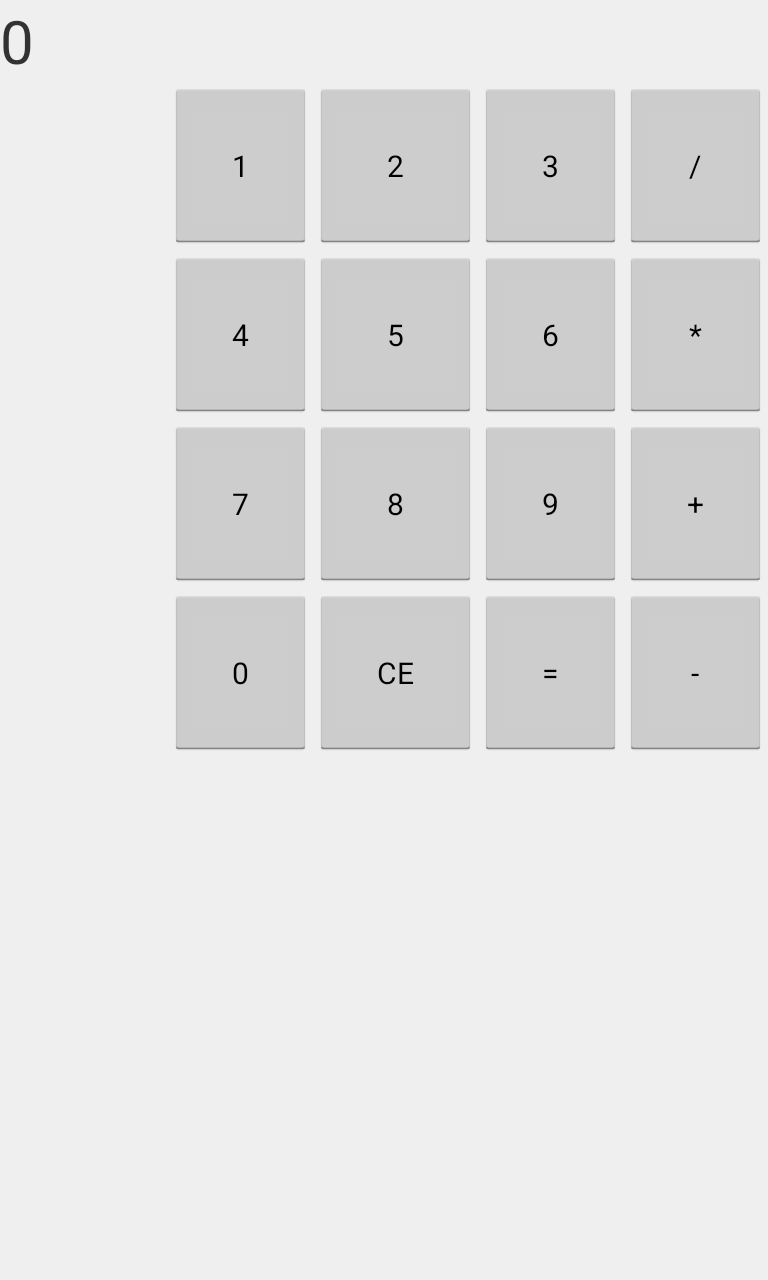
Repository: yrosascu/CursoAndroid
Layout: CalculadoraAndroid/res/layout/activity_calculator_main.xml
These files come from the project's save history. The layout is drawn as it stood at one moment and after the next save; the edit follows.
It is drawn on a 768 x 1280 px phone screen (xhdpi) without system bars, with theme AppTheme; the app's code is not run.

Above is the layout before, as saved 2013-05-17 06:02:27.

### CalculadoraAndroid/res/layout/activity_calculator_main.xml
<LinearLayout xmlns:android="http://schemas.android.com/apk/res/android"
    android:orientation="vertical"
	android:layout_width="fill_parent"
	android:layout_height="fill_parent"
	android:background="#1111"
	>
	<TextView
	    android:id="@+id/Resultado"
		android:textSize="30sp"
		android:layout_width="fill_parent"
		android:layout_height="wrap_content"
		android:text="0"
	/>

	<TableLayout
		android:layout_width="fill_parent"
		android:layout_height="fill_parent"
		android:stretchColumns="1"
	>

	<TableRow>
	    <Button
	        android:layout_column="4"
			android:id="@+id/Boton1"
			android:layout_width="wrap_content"
			android:layout_height="wrap_content"
			android:text="1"
			android:textSize="15dp"
			android:padding="32dp"
		>

		</Button>
		<Button
			android:layout_column="3"
			android:id="@+id/Boton2"
			android:layout_width="wrap_content"
			android:layout_height="wrap_content"
			android:text="2"
			android:textSize="15dp"
			android:padding="32dp"
		> </Button>
		<Button
			android:layout_column="2"
			android:id="@+id/Boton3"
			android:layout_width="wrap_content"
			android:layout_height="wrap_content"
			android:text="3"
			android:textSize="15dp"
			android:padding="32dp"

		> </Button>
		<Button
			android:layout_column="1"
			android:id="@+id/Botondiv"
			android:layout_width="wrap_content"
			android:layout_height="wrap_content"
			android:text="/"
			android:textSize="15dp"
			android:padding="32dp"
		>
		</Button>

	</TableRow>
		<TableRow>
			<Button
				android:layout_column="4"
				android:id="@+id/Boton4"
				android:layout_width="wrap_content"
				android:layout_height="wrap_content"
				android:text="4"
				android:textSize="15dp"
				android:padding="32dp"
				>
			</Button>
			<Button
				android:layout_column="3"
				android:id="@+id/Boton5"
				android:layout_width="wrap_content"
				android:layout_height="wrap_content"
				android:text="5"
				android:textSize="15dp"
				android:padding="32dp"

			>

			</Button>
			<Button
				android:layout_column="2"
				android:id="@+id/Boton6"
				android:layout_width="wrap_content"
				android:layout_height="wrap_content"
				android:text="6"
				android:textSize="15dp"
				android:padding="32dp"

			>

			</Button>
			<Button
				android:layout_column="1"
				android:id="@+id/Botonmulti"
				android:layout_width="wrap_content"
				android:layout_height="wrap_content"
				android:text="*"
				android:textSize="15dp"
				android:padding="32dp"

			>

			</Button>
	</TableRow>
		<TableRow>
			<Button
				android:layout_column="4"
				android:id="@+id/Boton7"
				android:layout_width="wrap_content"
				android:layout_height="wrap_content"
				android:text="7"

				android:textSize="15dp"
				android:padding="32dp"
			>

			</Button>

			<Button
				android:layout_column="3"
				android:id="@+id/Boton8"
				android:layout_width="wrap_content"
				android:layout_height="wrap_content"
				android:text="8"
				android:textSize="15dp"
				android:padding="32dp"

			>

			</Button>

			<Button
				android:layout_column="2"
				android:id="@+id/Boton9"
				android:layout_width="wrap_content"
				android:layout_height="wrap_content"
				android:text="9"
				android:textSize="15dp"
				android:padding="32dp"

			>

			</Button>
			<Button
				android:layout_column="1"
				android:id="@+id/Botonsuma"
				android:layout_width="wrap_content"
				android:layout_height="wrap_content"
				android:text="+"
				android:textSize="15dp"
				android:padding="32dp"
			>

			</Button>
	</TableRow>
		<TableRow>
			<Button
				android:layout_column="4"
				android:id="@+id/Boton0"
				android:layout_width="wrap_content"
				android:layout_height="wrap_content"
				android:text="0"
				android:textSize="15dp"
				android:padding="32dp"
			>

			</Button>

			<Button
			    android:layout_column="3"
			    android:id="@+id/CE"
			    android:layout_width="wrap_content"
			    android:layout_height="wrap_content"
			    android:padding="32dp"
			    android:text="CE"
			    android:textSize="15dp" />

			<Button
			    android:layout_column="2"
			    android:id="@+id/Botonigual"
			    android:layout_width="wrap_content"
			    android:layout_height="wrap_content"
			    android:padding="32dp"
			    android:text="="
			    android:textSize="15dp" />

			<Button
			    android:layout_column="1"
			    android:id="@+id/Botonresta"
			    android:layout_width="wrap_content"
			    android:layout_height="wrap_content"
			    android:padding="32dp"
			    android:text="-"
			    android:textSize="15dp" />

	</TableRow>
</TableLayout>


</LinearLayout>

Loaded but not shown: CalculadoraAndroid/res/values/styles.xml (common file); CalculadoraAndroid/res/values-v11/styles.xml (common file); CalculadoraAndroid/res/values-v14/styles.xml (common file)

After the next save:
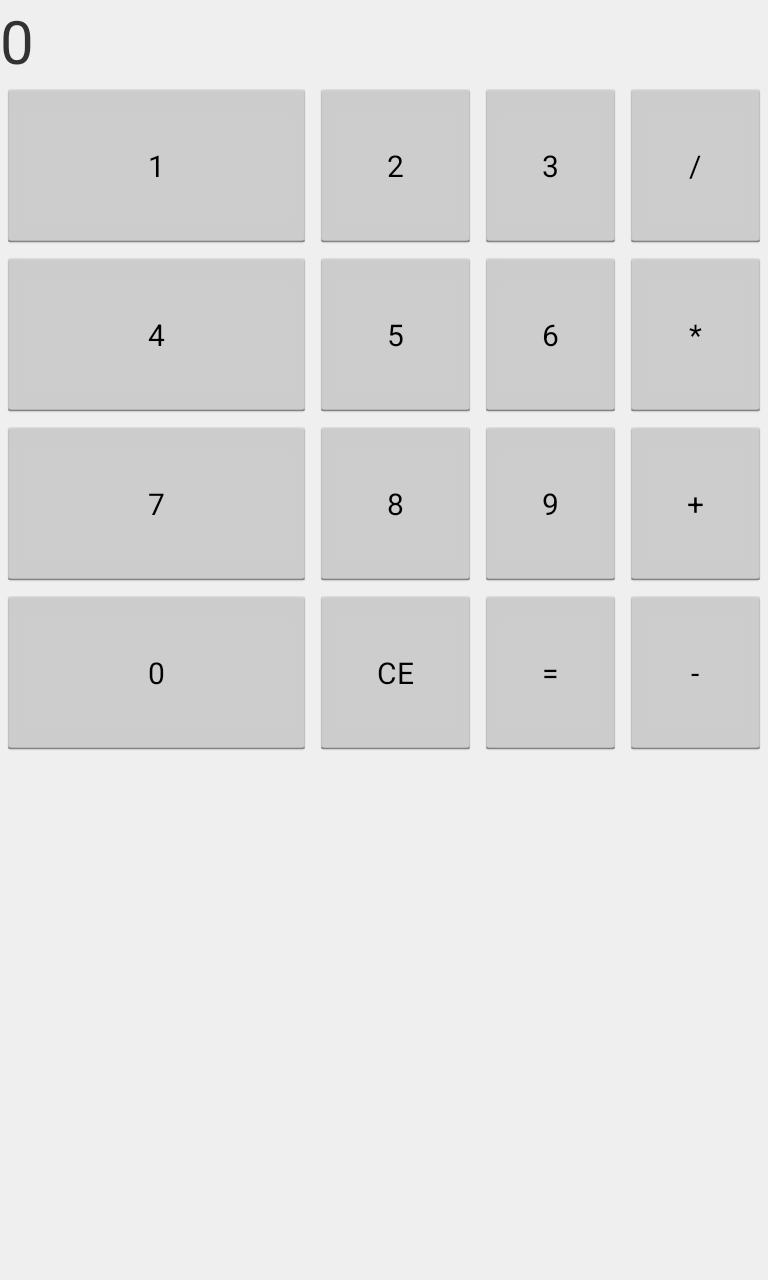
Saved 101 s later.
--- a/CalculadoraAndroid/res/layout/activity_calculator_main.xml
+++ b/CalculadoraAndroid/res/layout/activity_calculator_main.xml
@@ -20,7 +20,7 @@
 
 	<TableRow>
 	    <Button
-	        android:layout_column="4"
+	        android:layout_column="1"
 			android:id="@+id/Boton1"
 			android:layout_width="wrap_content"
 			android:layout_height="wrap_content"
@@ -63,7 +63,7 @@
 	</TableRow>
 		<TableRow>
 			<Button
-				android:layout_column="4"
+				android:layout_column="1"
 				android:id="@+id/Boton4"
 				android:layout_width="wrap_content"
 				android:layout_height="wrap_content"
@@ -111,7 +111,7 @@
 	</TableRow>
 		<TableRow>
 			<Button
-				android:layout_column="4"
+				android:layout_column="1"
 				android:id="@+id/Boton7"
 				android:layout_width="wrap_content"
 				android:layout_height="wrap_content"
@@ -162,7 +162,7 @@
 	</TableRow>
 		<TableRow>
 			<Button
-				android:layout_column="4"
+				android:layout_column="1"
 				android:id="@+id/Boton0"
 				android:layout_width="wrap_content"
 				android:layout_height="wrap_content"
